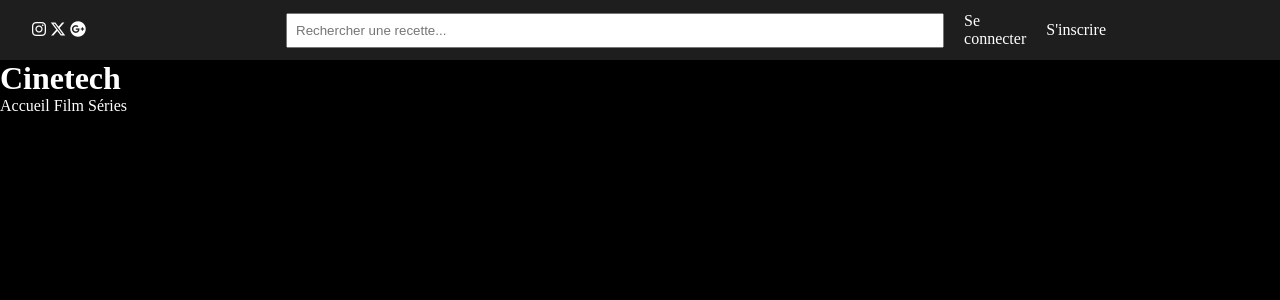
Repository: karim-sebih/cinetech
Page: index.html
An editor plug-in stored every save of this project. The page is shown before and after the next save, followed by the edit.
The browser window is 1280 px wide. The pictures show the whole page.
Some web libraries are served in a nearby version.

Above is the page before, as saved 2025-04-21 13:27:08.

After the next save:
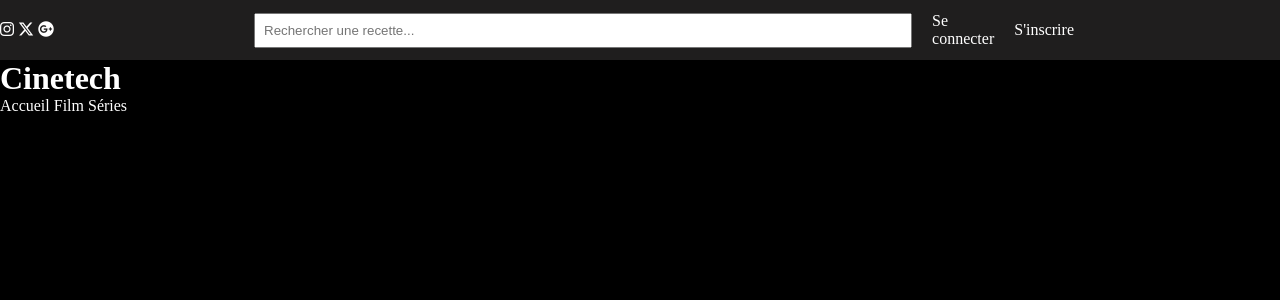
Saved 12 s later.
--- a/styles/index.css
+++ b/styles/index.css
@@ -33,7 +33,7 @@
 
   header{
   position: relative;
-  padding: 0 2rem;
+
   background-color: rgb(31, 30, 30);
   }
 
